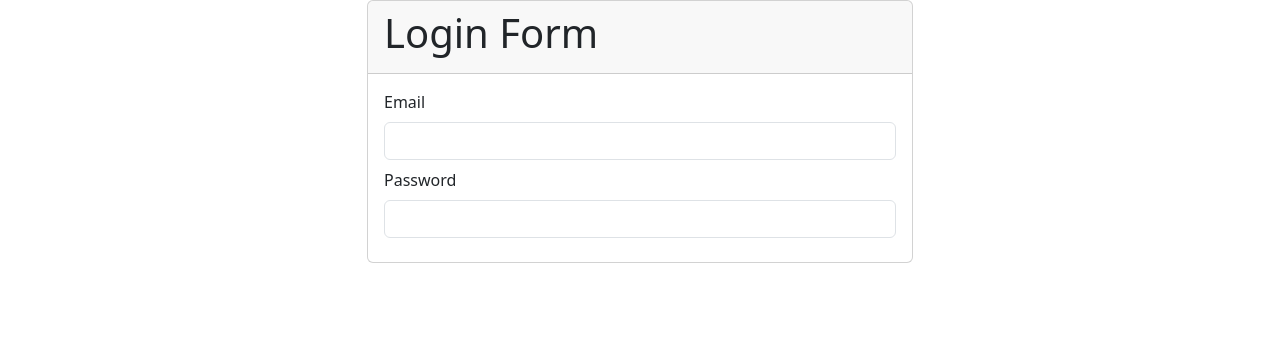
Repository: Laxman-Nath/java-internship
Page: http://localhost/Demo/login.jsp
An editor plug-in stored every save of this project. The page is shown before and after the next save, followed by the edit.
The browser window is 1280 px wide. The pictures show the whole page.
The page is served by Tomcat 9.

Above is the page before, as saved 2024-09-01 10:19:07.

After the next save:
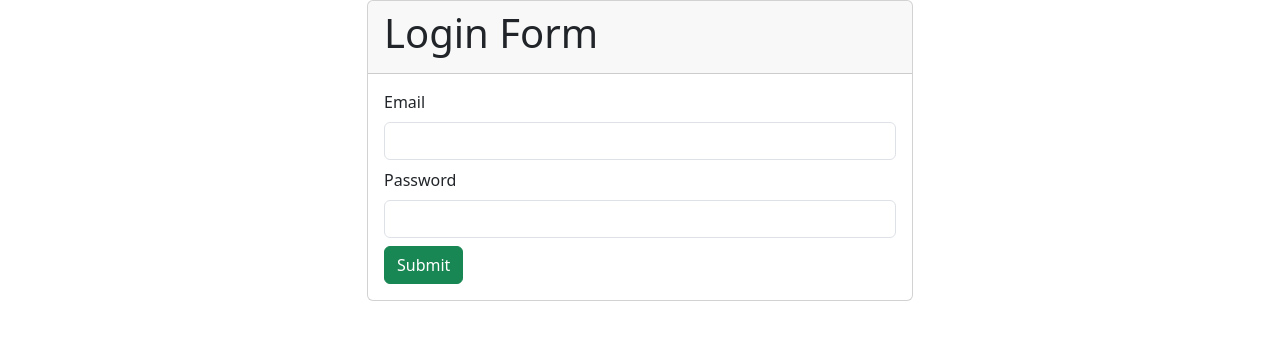
Saved 54 s later.
--- a/Servlet_JSP/Demo/src/main/webapp/login.jsp
+++ b/Servlet_JSP/Demo/src/main/webapp/login.jsp
@@ -17,7 +17,7 @@
 	<div class="col-md-6 offset-md-3">
 	<div class="card">
 	<div class="card-header"><h1>Login Form</h1></div>
-	<div class="card-body" class="text-center">
+	<div class="card-body" class="">
 	  <form action="" method="">
 	   <div class="mb-2">
 	   <label class="form-label">Email</label>
@@ -27,6 +27,7 @@
 	   <label class="form-label">Password</label>
 	   <input type="password" required class="form-control">
 	   </div>
+	   <button class="btn btn-success" type="submit">Submit</button>
 	  </form>
 	</div>
 	</div>
